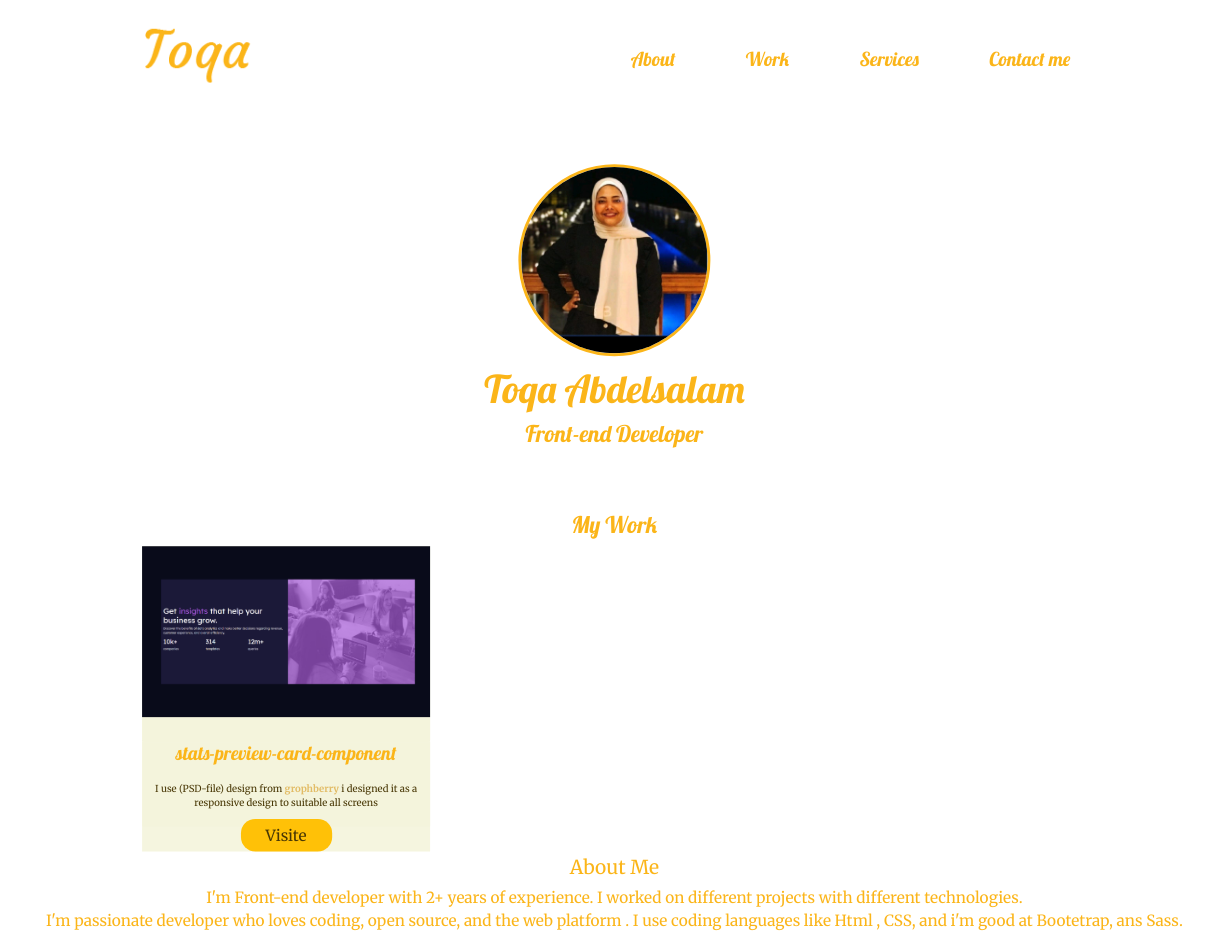
Repository: Toqa-25/portfolio
Page: index.html
An editor plug-in stored every save of this project. The page is shown before and after the next save, followed by the edit.
The browser window is 1280 px wide. The pictures show the whole page, at 96% of full size.
Some web fonts or font styles are not loaded; a fallback is used.

Above is the page before, as saved 2021-10-31 23:34:31.

After the next save:
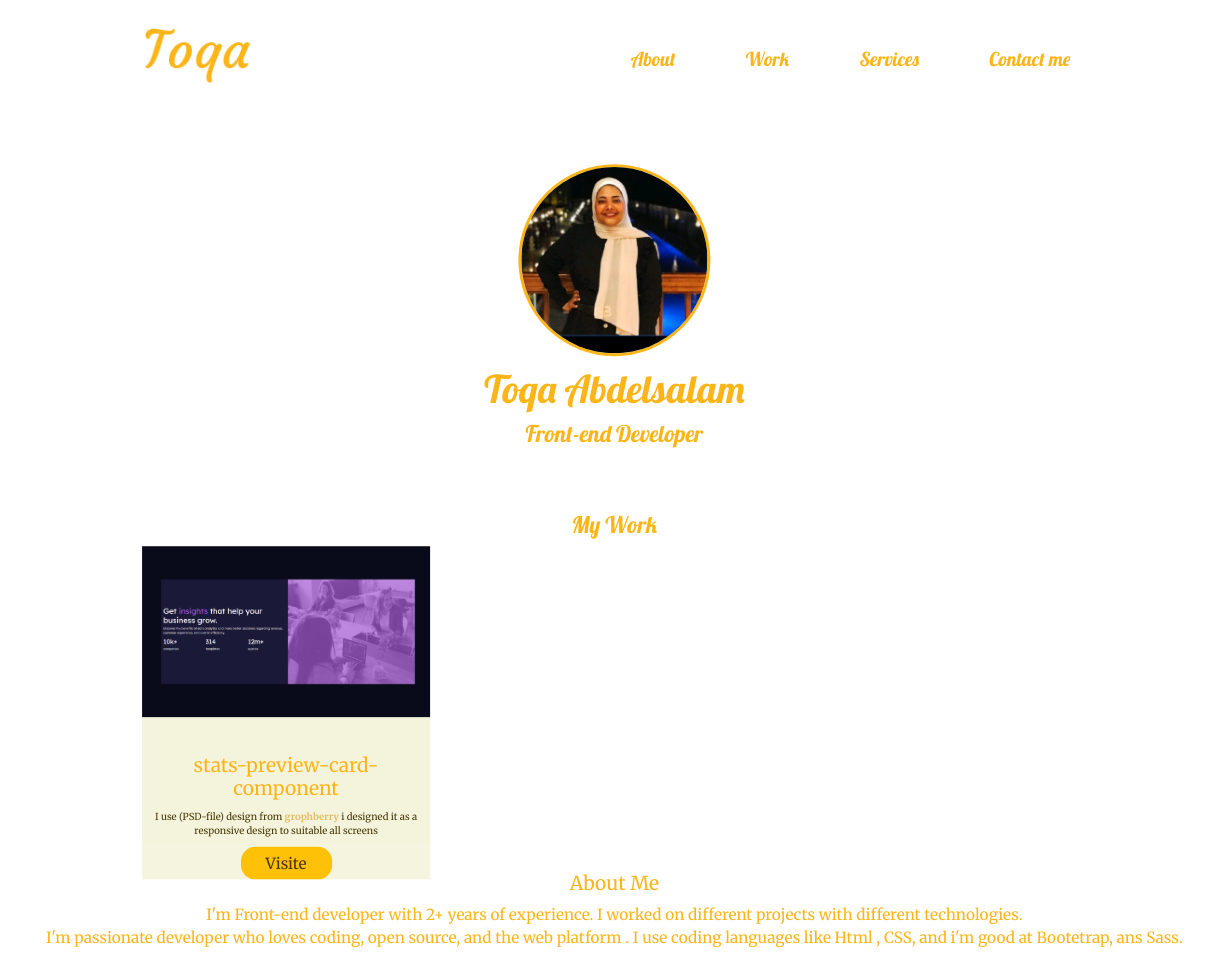
Saved 49 s later.
--- a/css/style.css
+++ b/css/style.css
@@ -24,11 +24,11 @@ body{
   margin:auto;
   padding: 0 20px;
 }
- .pad h5{
+ /* .pad h5{
     text-align: center;
     font-family: 'Lobster';
     margin-bottom: 15px;
- }
+ } */
  .unlist{
      list-style: none;
  }

After the save that followed:
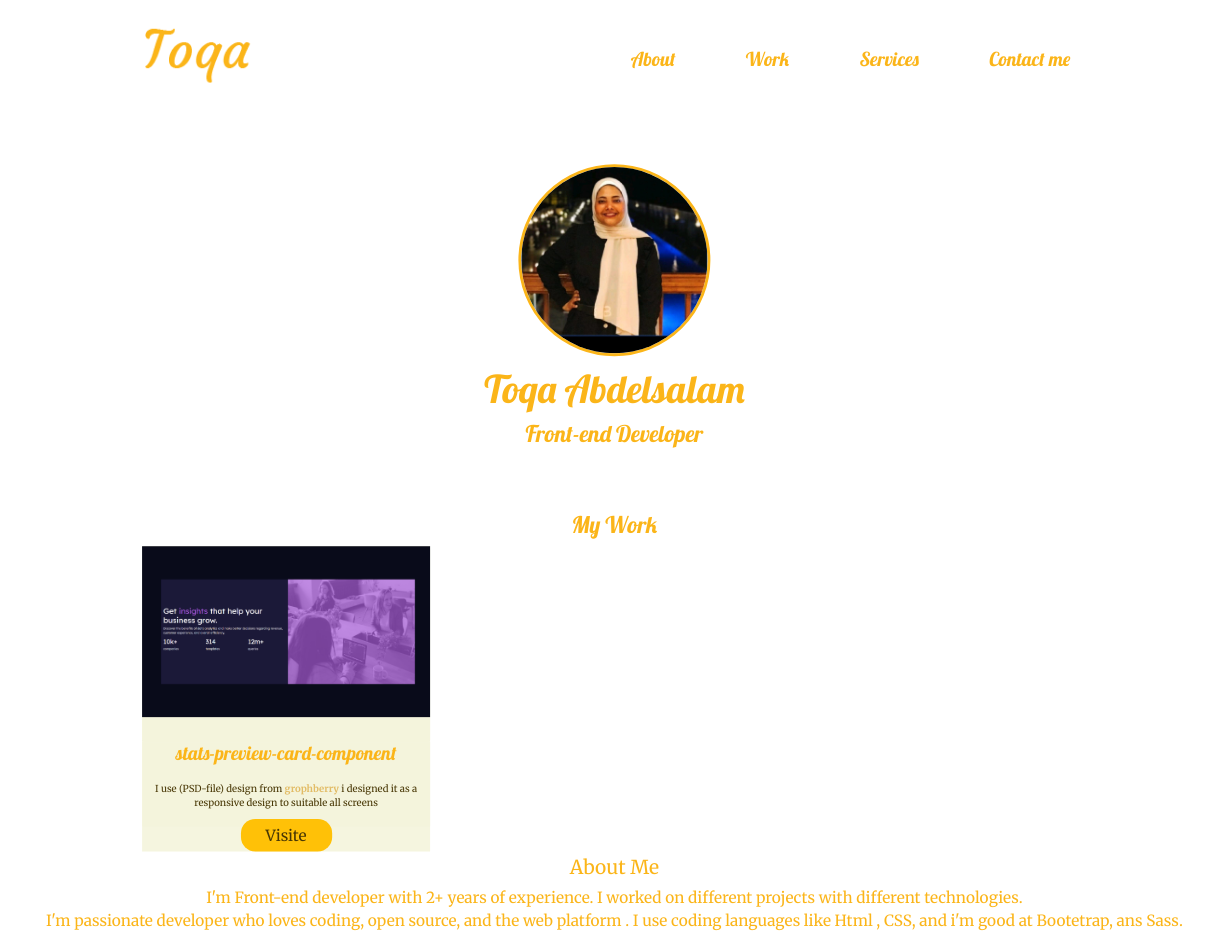
Saved 88 s later.
--- a/css/style.css
+++ b/css/style.css
@@ -24,11 +24,11 @@ body{
   margin:auto;
   padding: 0 20px;
 }
- /* .pad h5{
+ .pad h5{
     text-align: center;
     font-family: 'Lobster';
     margin-bottom: 15px;
- } */
+ }
  .unlist{
      list-style: none;
  }
